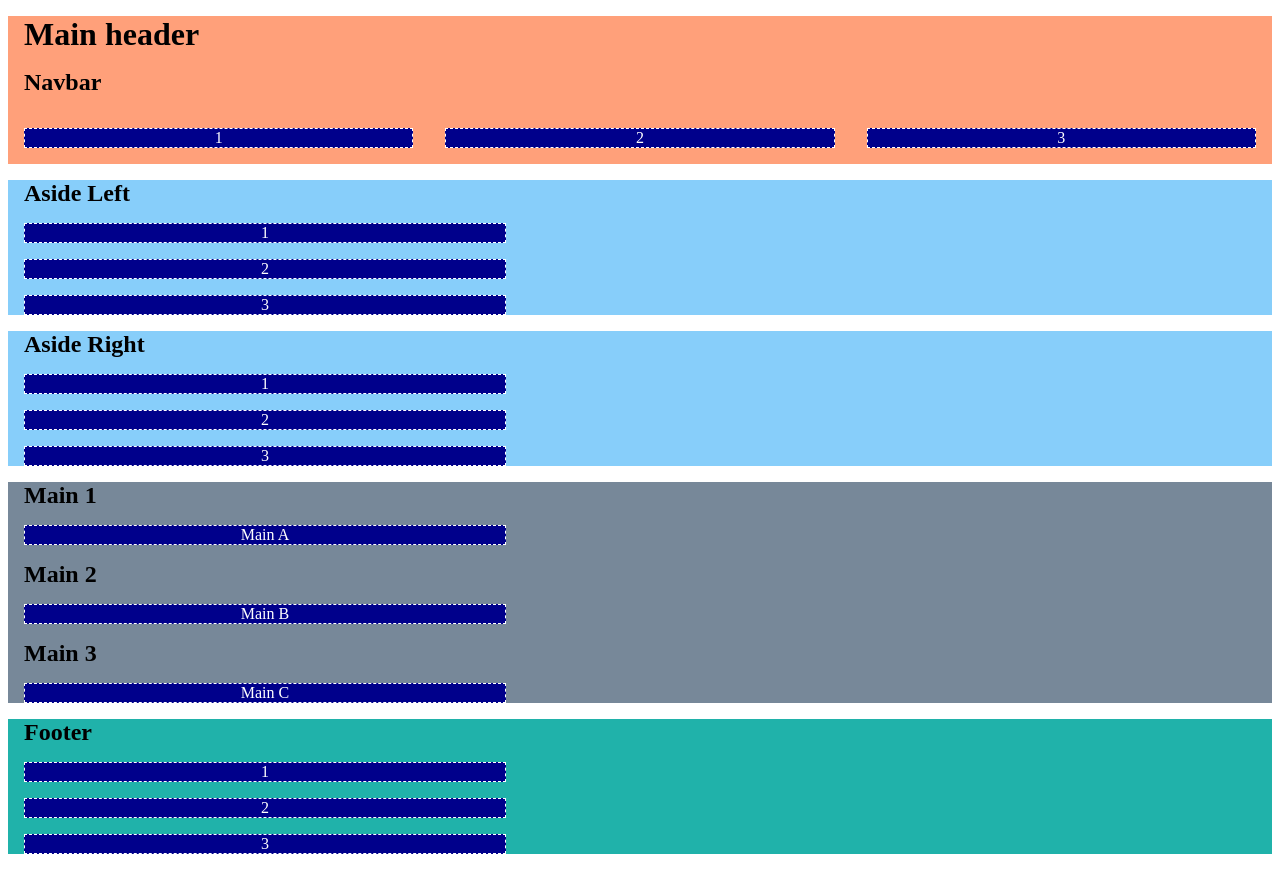
Repository: Colo-Codes/code-practice
Page: 02-css-practice-10-RWD.html
These files come from the project's save history. The page is drawn as it stood at one moment and after the next save; the edit follows.
The browser window is 1280 px wide. The pictures show the whole page.

Above is the page before, as saved 2021-06-07 08:32:50.

### 02-css-practice-10-RWD.html
<!DOCTYPE html>
<html lang="en">

<head>
    <meta charset="UTF-8">
    <meta http-equiv="X-UA-Compatible" content="IE=edge">
    <meta name="viewport" content="width=device-width, initial-scale=1.0">
    <title>Flexbox</title>
    <style>
        header {
            background-color: lightsalmon;
        }
        aside {
            background-color: lightskyblue;
        }
        main {
            background-color: lightslategray;
        }
        footer {
            background-color: lightseagreen;
        }
        .div-box {
            width: 30rem;
            display: block;
            background-color: darkblue;
            color: white;
            text-align: center;
            border: 1px dashed white;
            margin: 1rem;
        }
        h1, h2 {
            margin: 1rem;
        }

        /* Flexboxes */
        #flex-container-nav {
            display: flex;
            flex: 1 1 auto;
        }
    </style>
</head>

<body>
    <header>
        <h1>Main header</h1>
        <nav>
            <h2>Navbar</h2>
            <div id="flex-container-nav">
                <div class="nav-boxes div-box">1</div>
                <div class="nav-boxes div-box">2</div>
                <div class="nav-boxes div-box">3</div>
            </div>
        </nav>
    </header>
    <aside id="aside-left">
        <h2>Aside Left</h2>
        <div class="aside-boxes div-box">1</div>
        <div class="aside-boxes div-box">2</div>
        <div class="aside-boxes div-box">3</div>
    </aside>
    <aside id="aside-right">
        <h2>Aside Right</h2>
        <div class="aside-boxes div-box">1</div>
        <div class="aside-boxes div-box">2</div>
        <div class="aside-boxes div-box">3</div>
    </aside>
    <main>
        <section>
            <h2>Main 1</h2>
            <div class="main-boxes div-box">Main A</div>
        </section>
        <section>
            <h2>Main 2</h2>
            <div class="main-boxes div-box">Main B</div>
        </section>
        <section>
            <h2>Main 3</h2>
            <div class="main-boxes div-box">Main C</div>
        </section>
    </main>
    <footer>
        <h2>Footer</h2>
        <div class="footer-boxes div-box">1</div>
        <div class="footer-boxes div-box">2</div>
        <div class="footer-boxes div-box">3</div>
    </footer>
</body>

</html>

After the next save:
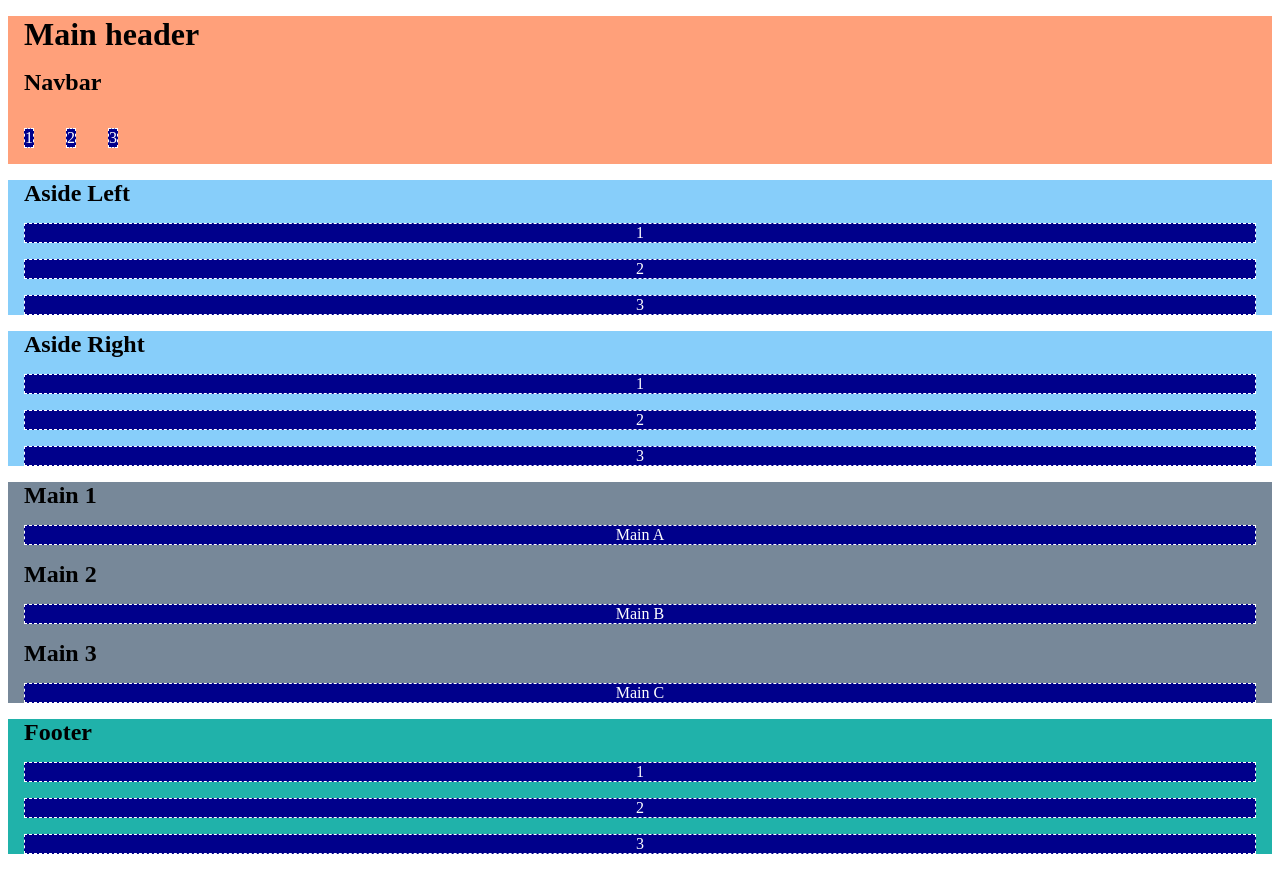
Saved 7 s later.
--- a/02-css-practice-10-RWD.html
+++ b/02-css-practice-10-RWD.html
@@ -20,7 +20,7 @@
             background-color: lightseagreen;
         }
         .div-box {
-            width: 30rem;
+            /* width: 30rem; */
             display: block;
             background-color: darkblue;
             color: white;

After the save that followed:
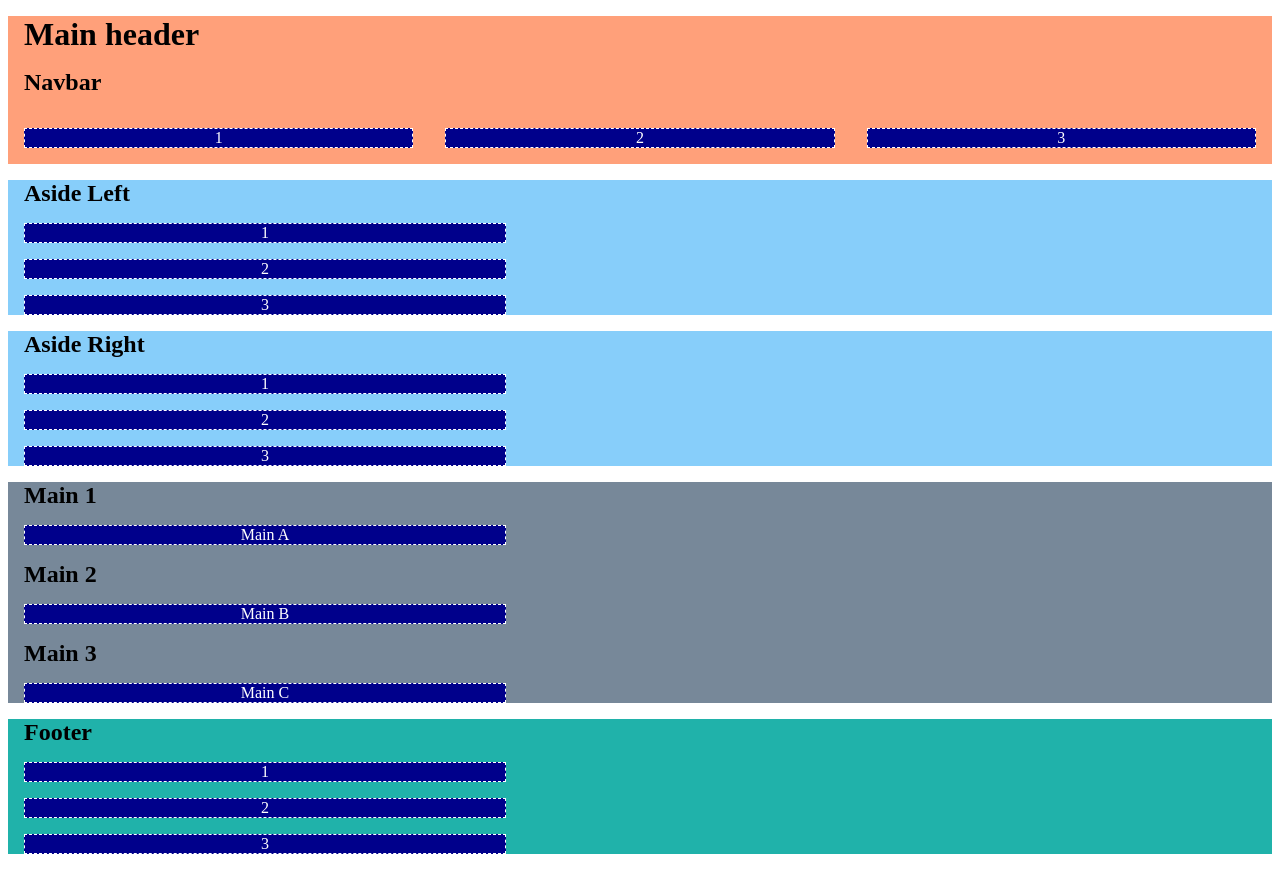
Saved 7 s later.
--- a/02-css-practice-10-RWD.html
+++ b/02-css-practice-10-RWD.html
@@ -20,7 +20,7 @@
             background-color: lightseagreen;
         }
         .div-box {
-            /* width: 30rem; */
+            width: 30rem;
             display: block;
             background-color: darkblue;
             color: white;
